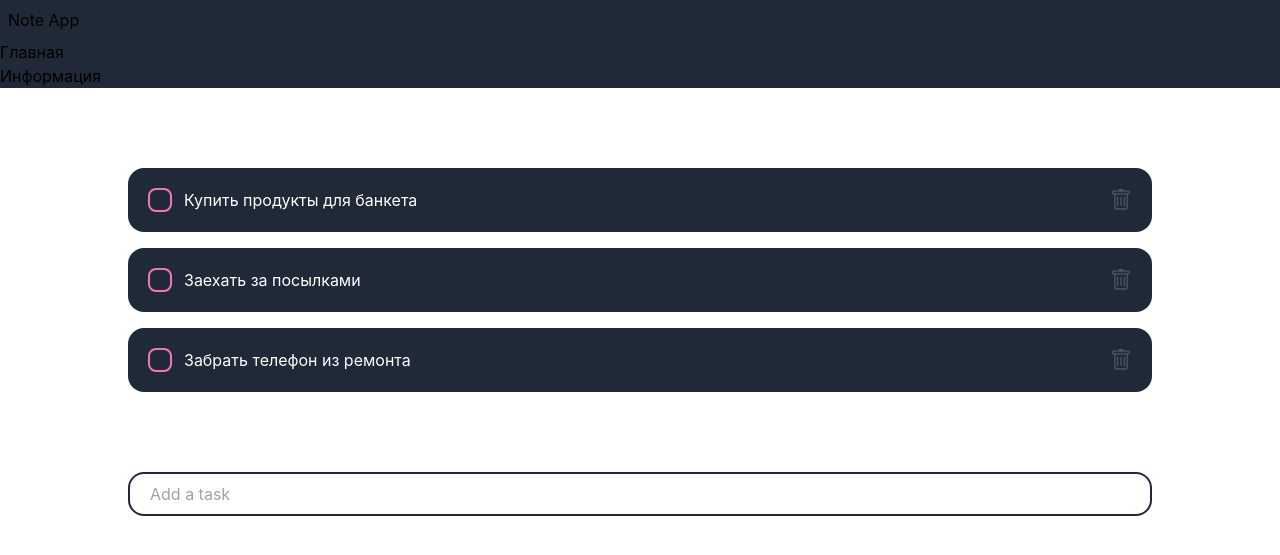
Repository: VachArt/react-exam-work
Page: /
An editor plug-in stored every save of this project. The page is shown before and after the next save, followed by the edit.
The browser window is 1280 px wide. The pictures show the whole page.
The project was rebuilt for these pictures with package versions that can differ from the ones it lists, and the page was loaded fresh each time. Also part of the build but not shown: src/components/pages/About/About.jsx.

Above is the page before, as saved 2022-04-27 23:22:54.

### src/App.jsx
import React from 'react'
import {BrowserRouter, Route, Routes} from 'react-router-dom'
import { Navbar } from './components/pages/Home/Navbar'
import { Home } from './components/pages/Home/Home'
import { About } from './components/pages/About/About'





function App() {
    return (
            <BrowserRouter>
                <Navbar />
                    <div className='container pt-4'>
                        <Routes>
                            <Route path='/' exact element={<Home />} />
                            <Route path='/about' element={<About />} />
                        </Routes>
                    </div>
            </BrowserRouter>
    )
}

export default App;

### src/components/pages/Home/Navbar.jsx
import React from 'react'
import {NavLink} from 'react-router-dom'

export const Navbar = () => (
    <nav className='bg-gray-800'>
        <div className='navbar-brand p-2'>
            Note App
        </div>
        <ul className="navbar-nav">
            <li className="nav-item">
                <NavLink
                    className="nav-link"
                    to="/"
                    exact
                >
                    Главная
                </NavLink>
            </li>
            <li className="nav-item">
                <NavLink
                    className="nav-link"
                    to="/about"
                >
                    Информация
                </NavLink>
            </li>
        </ul>
    </nav>
)

### src/components/pages/Home/Home.jsx
import React, { useState } from 'react'
import TodoItem from './item/TodoItem'
import CreateTodoField from './create-todo-field/CreateTodoField'

export const data = [
    {
        _id: "efnejhj",
        title: "Купить продукты для банкета",
        isCompleted: false,
    },
    {
        _id: "efnejhrrrr",
        title: "Заехать за посылками",
        isCompleted: false,
    },
    {
        _id: "efnejhj2323",
        title: "Забрать телефон из ремонта",
        isCompleted: false,
    }
]

export const Home = () => {
    const [todos, setTodos] = useState(data)

    const changeTodo = (id) => {
        const copy = [...todos]
        const current = copy.find(t => t._id === id)
        current.isCompleted = !current.isCompleted
        setTodos(copy)
    }

    const removeTodo = id => setTodos([...todos].filter(t => t._id !== id))

    return (
        <div className='text-white w-4/5 mx-auto'>
            <h1 className='text-2xl font-bold text-center mb-8'>Заметки/Задачи</h1>
            {todos.map(todo => (
                <TodoItem
                    key={todo._id}
                    todo={todo}
                    changeTodo={changeTodo}
                    removeTodo={removeTodo}
                />
            ))}
            <CreateTodoField setTodos={setTodos} />
        </div>
    )
}

### src/components/pages/Home/item/TodoItem.jsx
import React from 'react'
import Check from './Check'
import cn from 'classnames'
import {BsTrash} from 'react-icons/bs'

const TodoItem = ({todo, changeTodo, removeTodo}) => {
    return (
        <div className='flex items-center justify-between mb-4 rounded-2xl bg-gray-800 p-5 w-full'>
            <button className='flex items-center'
                    onClick={() => changeTodo(todo._id)}
            >
                    <Check isCompleted={todo.isCompleted} />
                    <span
                        className={cn({
                            'line-through': todo.isCompleted,
                        })}
                    >
                        {todo.title}
                    </span>
            </button>
            <button onClick={() => removeTodo(todo._id)}>
                <BsTrash
                    size={22}
                    className='text-gray-600 hover:text-red-600
                    transition-colors ease-in-out duration-300'
                />
            </button>
        </div>
    )
}



export default TodoItem

### src/components/pages/Home/create-todo-field/CreateTodoField.jsx
import React, { useState } from "react"

const CreateTodoField = ({ setTodos }) => {
    const [title, setTitle] = useState('')

    const addTodo = (title) => {
        setTodos(prev => [
            {
                _id: new Date(),
                title,
                isCompleted: false
            },
            ...prev,
        ])
        setTitle('')
    }

    return (
        <div className='flex items-center justify-between mb-4 rounded-2xl
            border-gray-800 border-2 px-5 py-2 mt-20 w-full'
        >
            <input
                type='text'
                onChange={e => setTitle(e.target.value)}
                value={title}
                onKeyPress={e => e.key === 'Enter' && addTodo(title)}
                className='bg-transparent w-full border-none outline-none'
                placeholder='Add a task'
            />
        </div>
    )
}

export default CreateTodoField

### src/components/pages/Home/item/Check.jsx
import React from 'react'
import {BsCheck} from 'react-icons/bs'
import cn from 'classnames'

const Check = ({isCompleted}) => {
    return (
        <div className={cn(`border-2 rounded-lg border-pink-400 w-6 h-6 mr-3 flex items-center justify-center`,
                {
                    'bg-pink-400': isCompleted,
                }
            )}
        >
            {isCompleted && <BsCheck size={24}
            className='text-gray-900'/>}
        </div>
    )
}

export default Check

Loaded but not shown: public/index.html (common file); src/index.jsx (common file); src/index.css (common file); tailwind.config.js (common file)

After the next save:
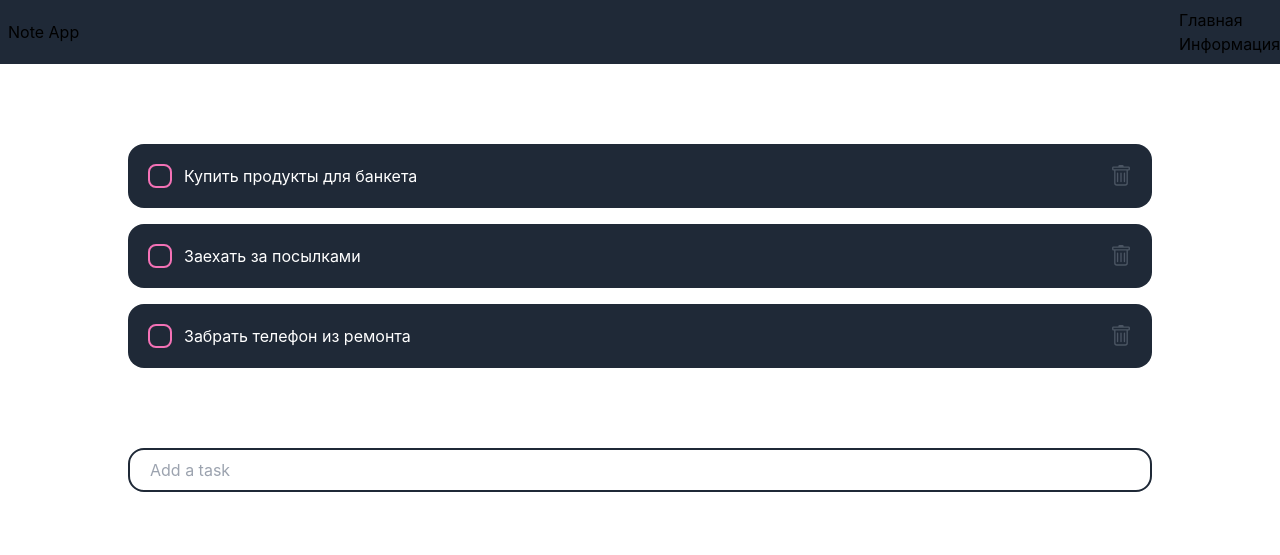
Saved 60 s later.
--- a/src/components/pages/Home/Navbar.jsx
+++ b/src/components/pages/Home/Navbar.jsx
@@ -2,7 +2,7 @@ import React from 'react'
 import {NavLink} from 'react-router-dom'
 
 export const Navbar = () => (
-    <nav className='bg-gray-800'>
+    <nav className='bg-gray-800 flex items-center justify-between h-16'>
         <div className='navbar-brand p-2'>
             Note App
         </div>
